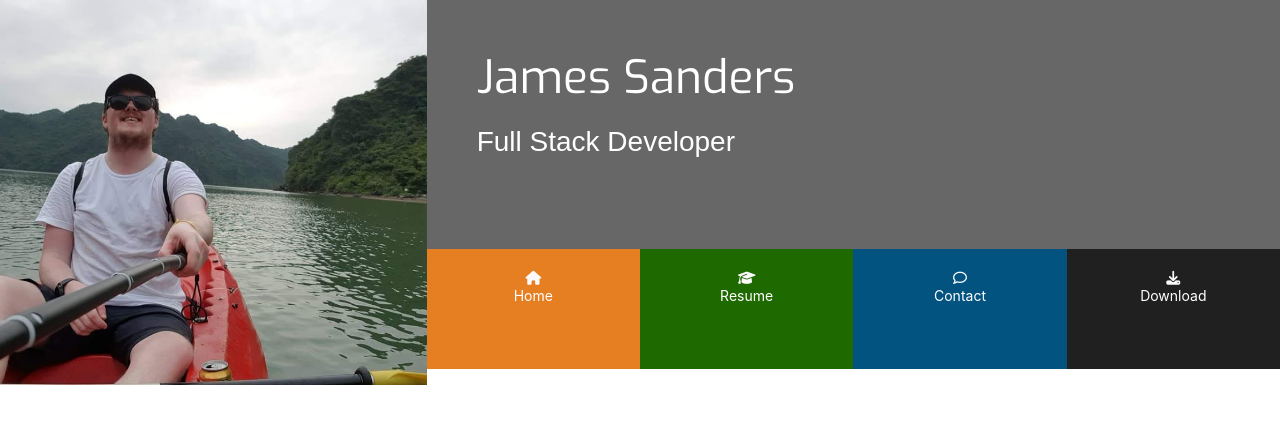
Repository: JaySanders95/my-online-resume
Page: index.html
The author's editor kept a copy of each file at every save. The page is drawn from the files as they stood at one save, then again after the next save.
The browser window is 1280 px wide. The pictures show the whole page.
Some web fonts or font styles are not loaded; a fallback is used. Some web libraries are served in a nearby version.

Above is the page before, as saved 2023-04-19 15:53:40.

After the next save:
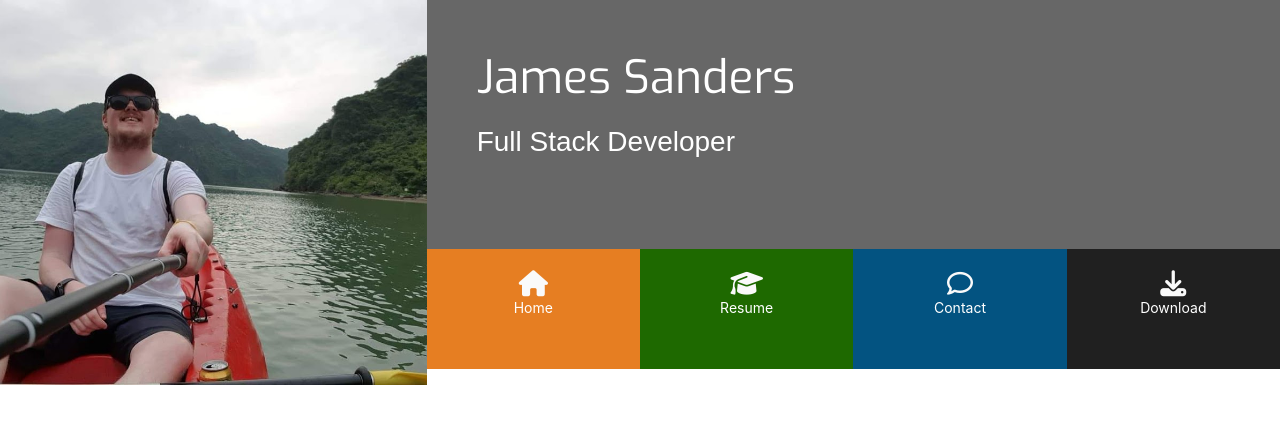
Saved 9 s later.
--- a/assets/css/style.css
+++ b/assets/css/style.css
@@ -86,5 +86,6 @@ header {
 .menuitem a i {
     display: block;
     padding-top: 22px;
-    color: #fafafa
+    color: #fafafa;
+    font-size: 26px;
 }
